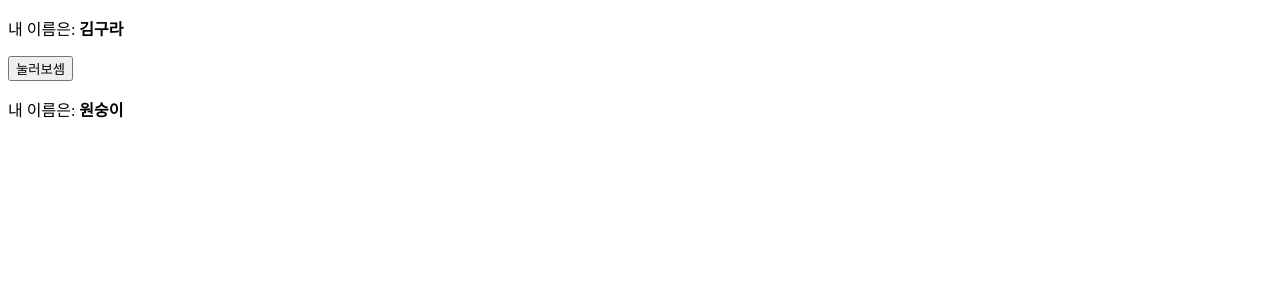
Repository: hyunhee7/angular_work
Page: HelloAngular/WebContent/Step02_controller.html
The author's editor kept a copy of each file at every save. The page is drawn from the files as they stood at one save, then again after the next save.
The browser window is 1280 px wide. The pictures show the whole page.

Above is the page before, as saved 2017-08-25 02:11:17.

### HelloAngular/WebContent/Step02_controller.html
<!DOCTYPE html>
<html ng-app="myApp">
<head>
<meta charset="UTF-8">
<title>Step02_controller.html</title>
<script src="js/angular.min.js"></script>
<script>
	// angular 모듈 만들기
	var myApp=angular.module("myApp",[]);
	// Ctrl1 이라는 이름의 컨트롤러 만들기
	myApp.controller("Ctrl1",["$scope", function($scope){
		//$scope=conroller가 담당하고있는 영역
		$scope.name="김구라";
		$scope.clicked=function(){
			alert("버튼을 눌렀네?");
		};
		$scope.nums=[10, 20, 30, 40, 50];
	}]);

	//Ctrl2 이라는 이름의 컨트롤러 만들기
	myApp.controller("Ctrl2",["$scope", function($scope){
		$scope.name="원숭이";
	}]);
</script>
</head>
<body>
<div ng-controller="Ctrl1">
	<p>내 이름은: <strong>{{name}}</strong></p>
	<button ng-click="clicked()">눌러보셈</button>
	<ul>

	</ul>
</div>
<div ng-controller="Ctrl2">
	<p>내 이름은: <strong>{{name}}</strong></p>

</div>
</body>
</html>

Loaded but not shown: HelloAngular/WebContent/js/angular.min.js (library)

After the next save:
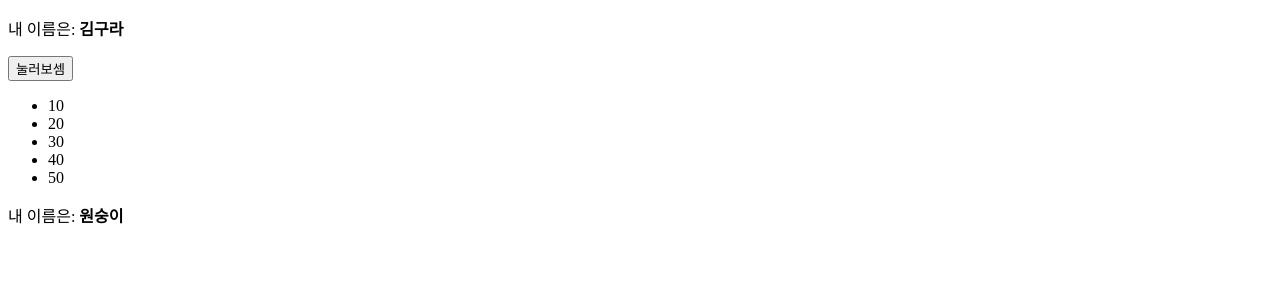
Saved 97 s later.
--- a/HelloAngular/WebContent/Step02_controller.html
+++ b/HelloAngular/WebContent/Step02_controller.html
@@ -28,7 +28,7 @@
 	<p>내 이름은: <strong>{{name}}</strong></p>
 	<button ng-click="clicked()">눌러보셈</button>
 	<ul>
-
+		<li ng-repeat="tmp in nums">{{tmp}}</li>
 	</ul>
 </div>
 <div ng-controller="Ctrl2">
